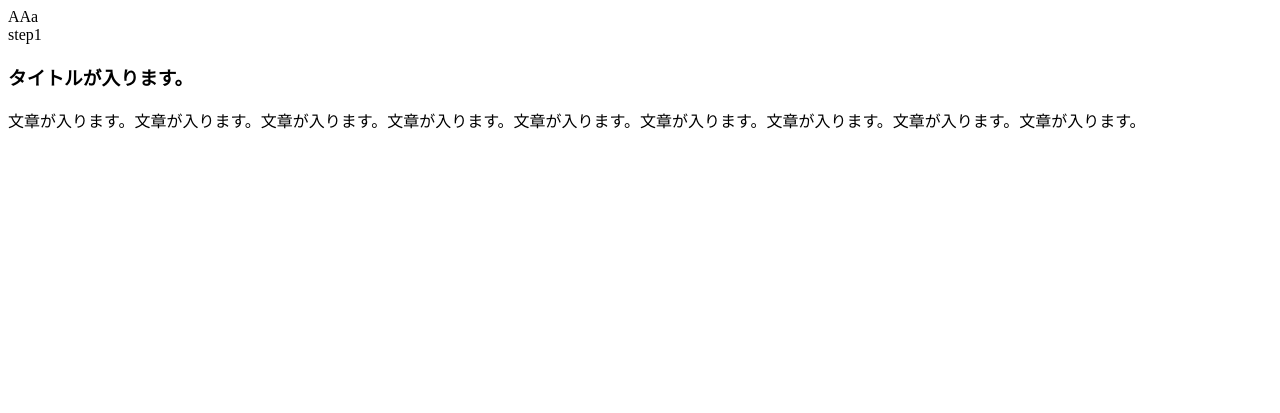
Repository: TsuKou/MainContents
Page: chapter9/ensyuu2/ensyuu2.html
The author's editor kept a record of every edit. The page is drawn from the files as they stood at one moment, then again after the next edit.
The browser window is 1280 px wide. The pictures show the whole page.

Above is the page before.

After the next edit:
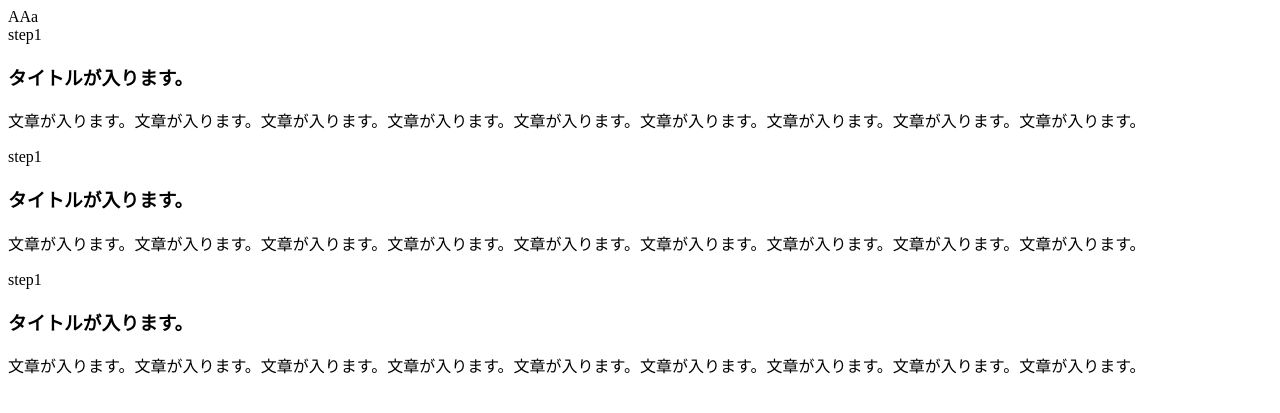
The edit:
--- a/chapter9/ensyuu2/ensyuu2.html
+++ b/chapter9/ensyuu2/ensyuu2.html
@@ -19,7 +19,23 @@
         </p>
       </div>
 
+     <div class="box1">
+        <div class="box1-img"></div>
+        <span class="step">step1</span>
+        <h3 class="title">タイトルが入ります。</h3>
+        <p class="box-text">
+          文章が入ります。文章が入ります。文章が入ります。文章が入ります。文章が入ります。文章が入ります。文章が入ります。文章が入ります。文章が入ります。
+        </p>
+      </div>
 
+      <div class="box1">
+        <div class="box1-img"></div>
+        <span class="step">step1</span>
+        <h3 class="title">タイトルが入ります。</h3>
+        <p class="box-text">
+          文章が入ります。文章が入ります。文章が入ります。文章が入ります。文章が入ります。文章が入ります。文章が入ります。文章が入ります。文章が入ります。
+        </p>
+      </div>
 
     </main>
 
